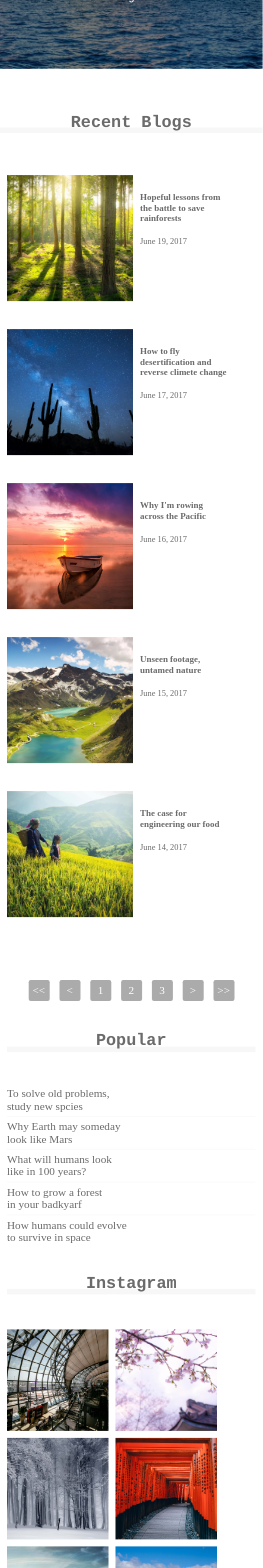
Repository: tkikokiko/webcamp-practice
Page: caravan/index.html
The author's editor kept a record of every edit. The page is drawn from the files as they stood at one moment, then again after the next edit.
The browser window is 375 px wide. The pictures show the part of the page from y = 373 to 2613 px (the page is 3292 px tall before and 3142 px after), at 70% of full size.
Some web libraries are served in a nearby version.

Above is the page before.

After the next edit:
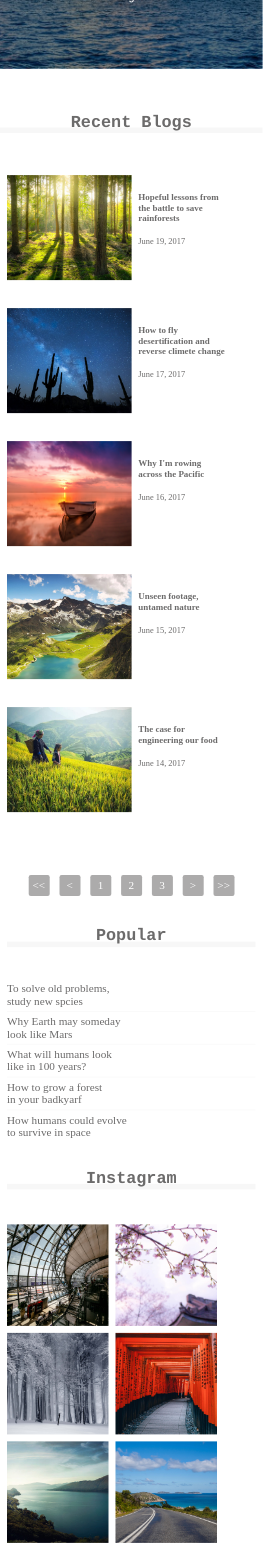
The edit:
--- a/caravan/style.css
+++ b/caravan/style.css
@@ -262,7 +262,8 @@
   }
 
   .blog-image {
-    width: 180px;
+    width: 50%;
+    height: 150px;
     object-fit: cover;
   }
 
